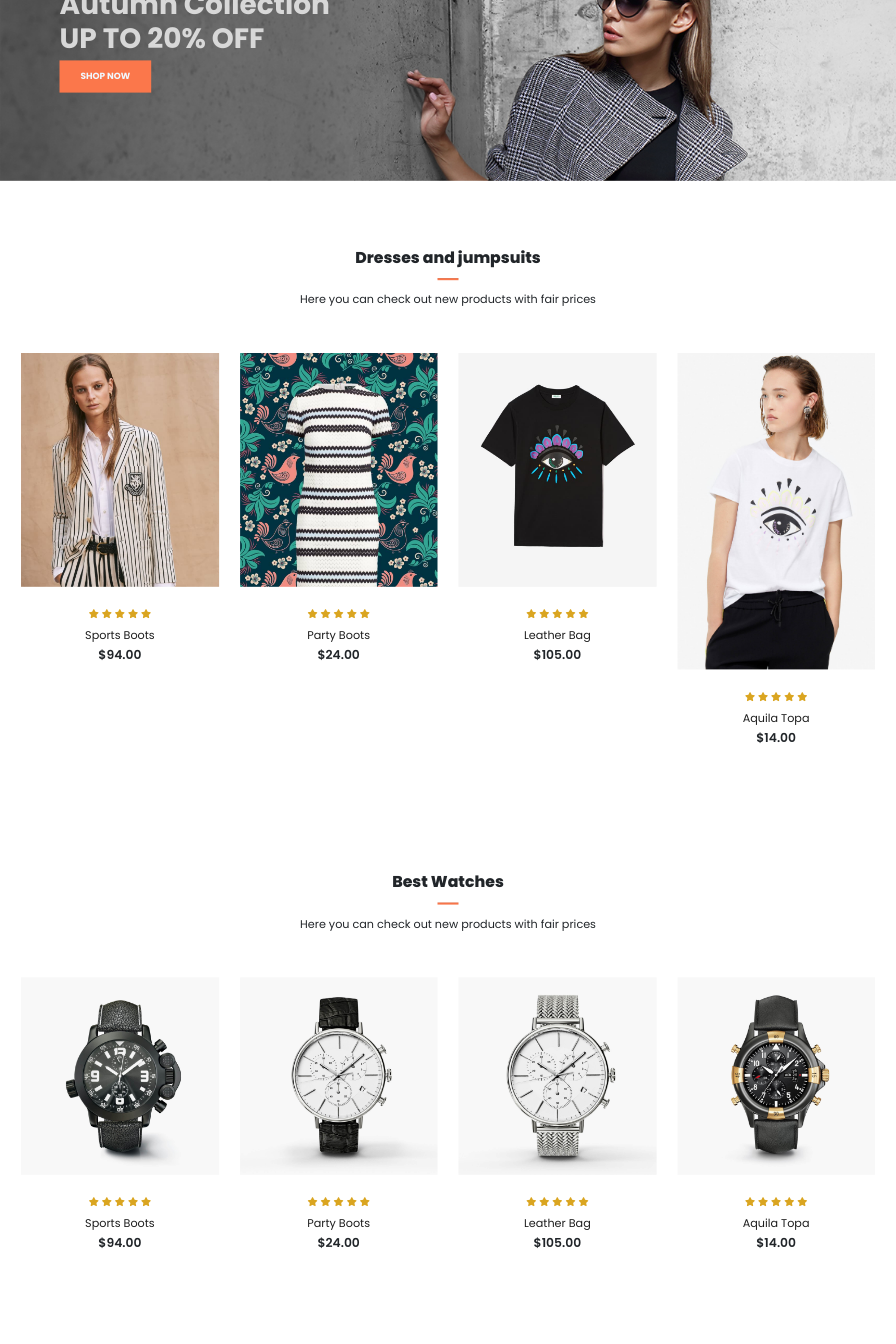
Repository: peter417waweru/e-commerce-UI
Page: index.html
These files come from the project's save history. The page is drawn as it stood at one moment and after the next save; the edit follows.
The browser window is 1280 px wide. The pictures show the part of the page from y = 2356 to 4276 px (the page is 4276 px tall), at 70% of full size.
Backgrounds fixed to the window are drawn as part of the page. Some web libraries are served in a nearby version.

Above is the page before, as saved 2025-02-08 01:22:52.

After the next save:
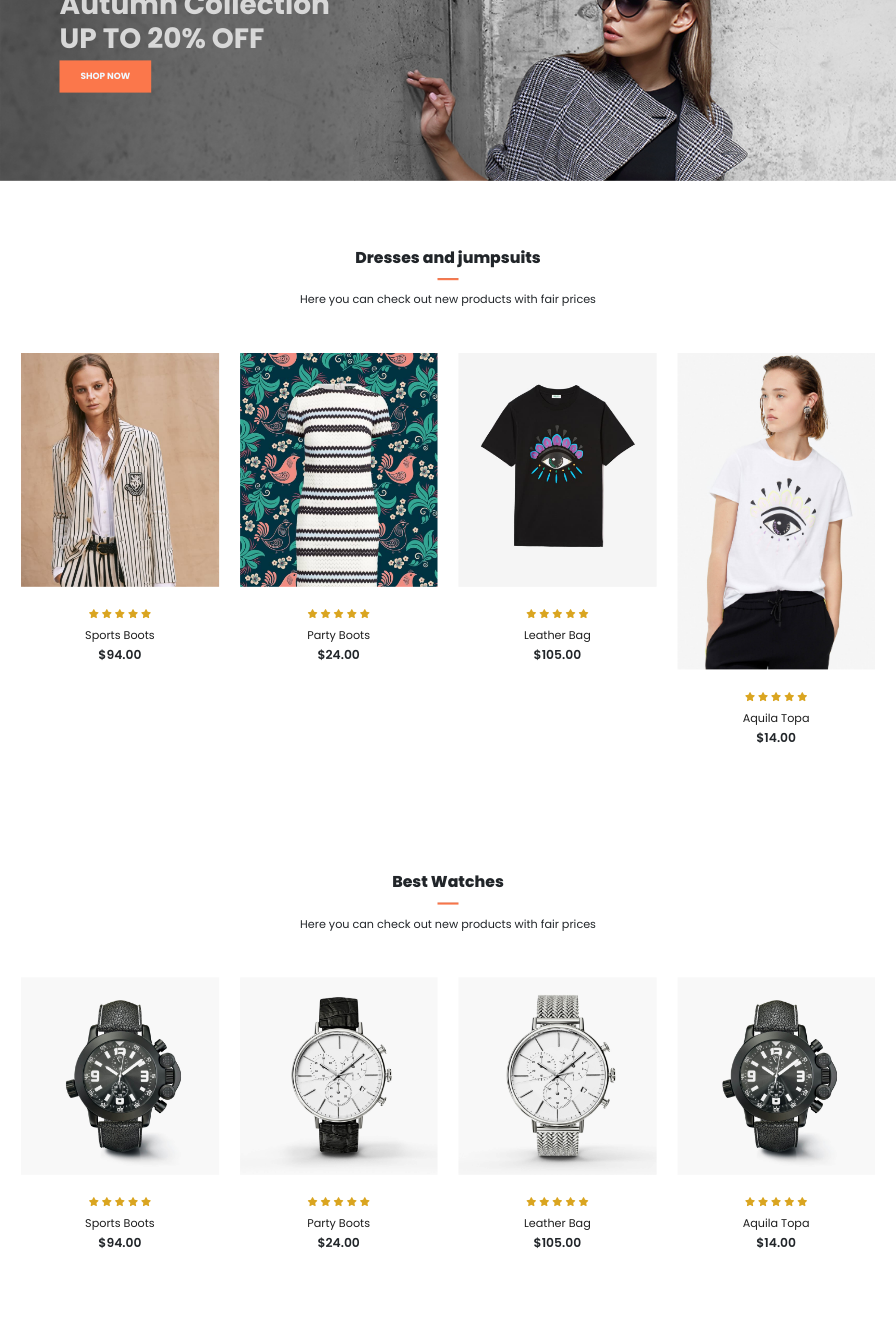
Saved 6 h 55 min later.
--- a/index.html
+++ b/index.html
@@ -282,7 +282,7 @@
               <button class="buy-btn">Buy Now</button>
             </div>
             <div class="product text-center col-lg-3 col-md-4 col-12">
-              <img class="img-fluid mb-3" src="img/watches/4.jpg" alt="">
+              <img class="img-fluid mb-3" src="img/watches/1.jpg" alt="">
               <div class="star">
                 <i class="fas fa-star"></i>
                 <i class="fas fa-star"></i>
